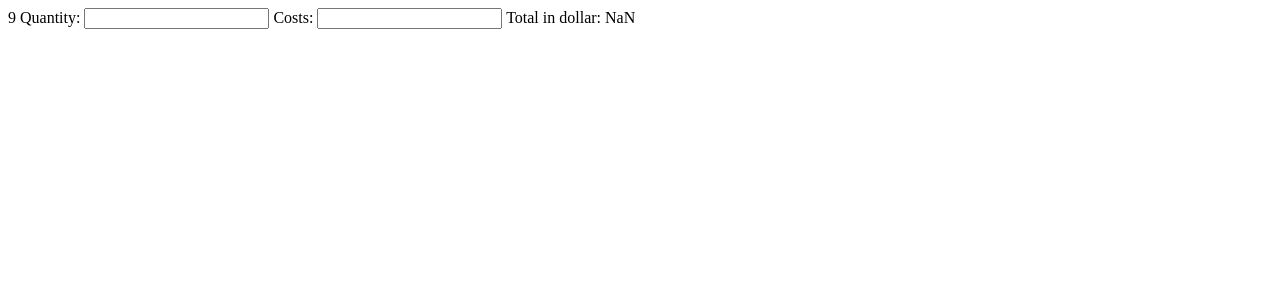
Repository: aneishkumar/Workspace2
Page: workspaceangularjs/angularjsdemo/WebContent/angularjsdemo.html
An editor plug-in stored every save of this project. The page is shown before and after the next save, followed by the edit.
The browser window is 1280 px wide. The pictures show the whole page.
Some web libraries are served in a nearby version.

Above is the page before, as saved 2018-02-02 10:53:20.

### workspaceangularjs/angularjsdemo/WebContent/angularjsdemo.html
<!DOCTYPE html>
<html>
<head>
<meta charset="ISO-8859-1">
<title>Insert title here</title>
</head>
<body ng-app>
{{4+5}}


Quantity: <input type="number" ng-model="quantity">
Costs:    <input type="number" ng-model="price">

Total in dollar: {{ quantity * price }}



</body>
<script src="https://ajax.googleapis.com/ajax/libs/angularjs/1.6.4/angular.min.js"></script>

</html>

After the next save:
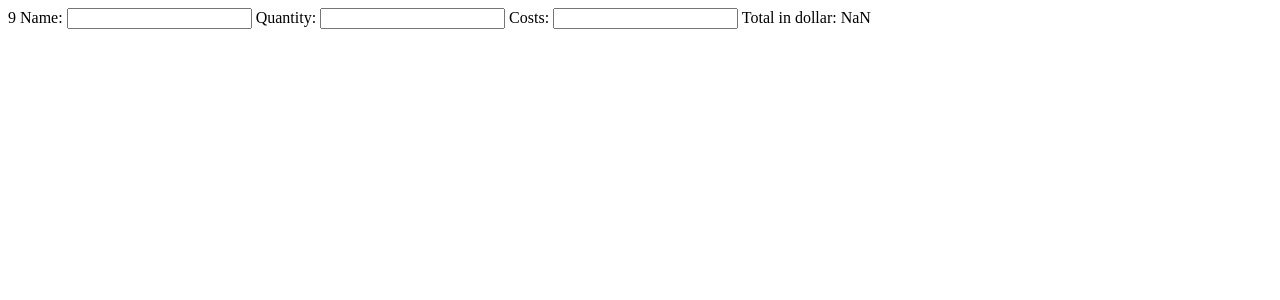
Saved 3 min 56 s later.
--- a/workspaceangularjs/angularjsdemo/WebContent/angularjsdemo.html
+++ b/workspaceangularjs/angularjsdemo/WebContent/angularjsdemo.html
@@ -6,7 +6,8 @@
 </head>
 <body ng-app>
 {{4+5}}
-
+Name: <input ng-model="name">
+{{name}}
 
 Quantity: <input type="number" ng-model="quantity">
 Costs:    <input type="number" ng-model="price">
